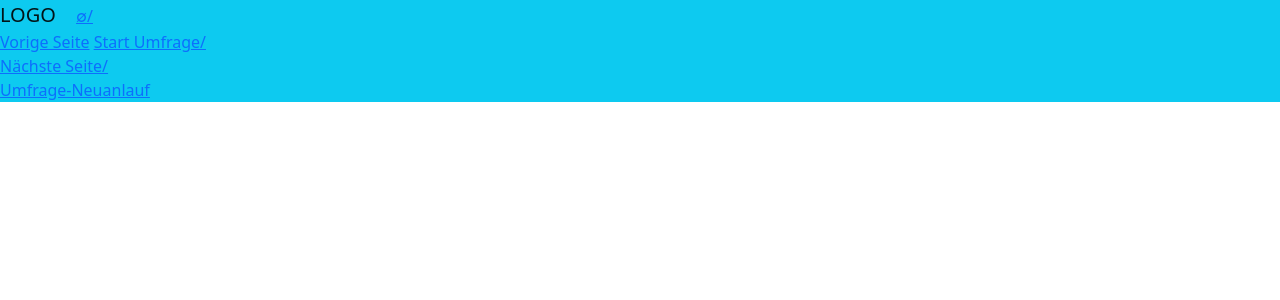
Repository: stephane71183101/Stephane-Personal-Health-Survey
Page: http://localhost/form-q01-start-page.php
An editor plug-in stored every save of this project. The page is shown before and after the next save, followed by the edit.
The browser window is 1280 px wide. The pictures show the whole page.
The page is run by PHP 8.4 with error messages shown; the project is at /var/www/html/.

Above is the page before, as saved 2022-03-15 13:56:23.

After the next save:
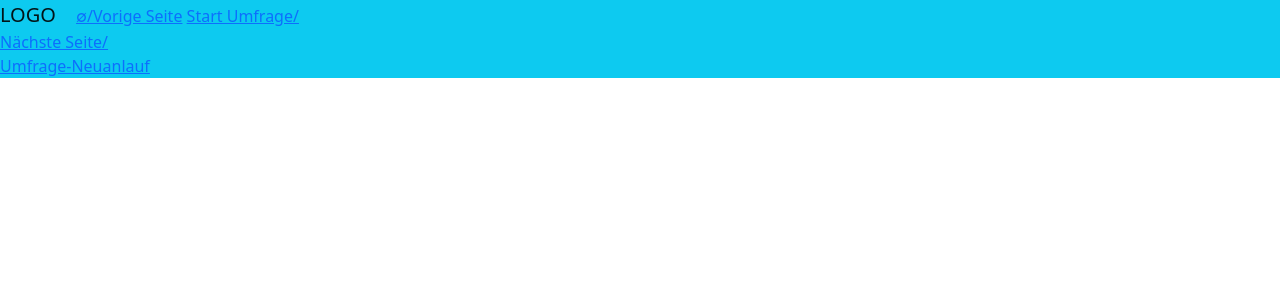
Saved 25 s later.
--- a/form-q01-start-page.php
+++ b/form-q01-start-page.php
@@ -15,7 +15,7 @@
         <a class="navbar-brand" href="#">LOGO</a>
 
 
-        <a class="button" href="#">&#8709;/<br>Vorige Seite</a>
+        <a class="button" href="#">&#8709;/Vorige Seite</a>
 
 
         <a class="button" href="#">Start Umfrage/<br>Nächste Seite/<br>Umfrage-Neuanlauf</a>
